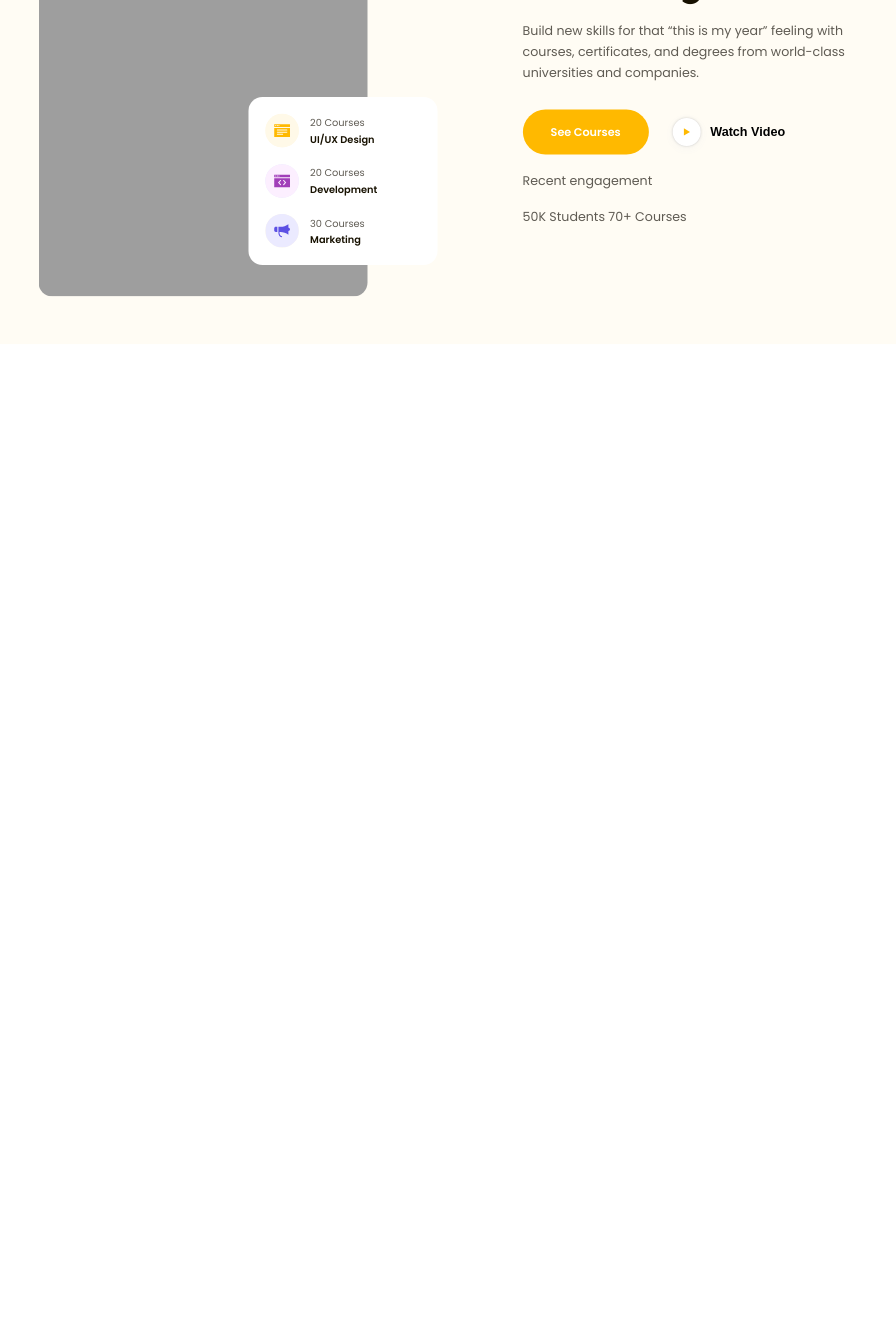
Repository: Toihoclaptrinh/duan1_figma
Page: index.html
An editor plug-in stored every save of this project. The page is shown before and after the next save, followed by the edit.
The browser window is 1280 px wide. The pictures show the part of the page from y = 412 to 2312 px (the page is 10000 px tall), at 70% of full size.
Pictures or frames that could not be fetched are drawn as grey boxes.

Above is the page before, as saved 2024-02-04 20:43:46.

After the next save:
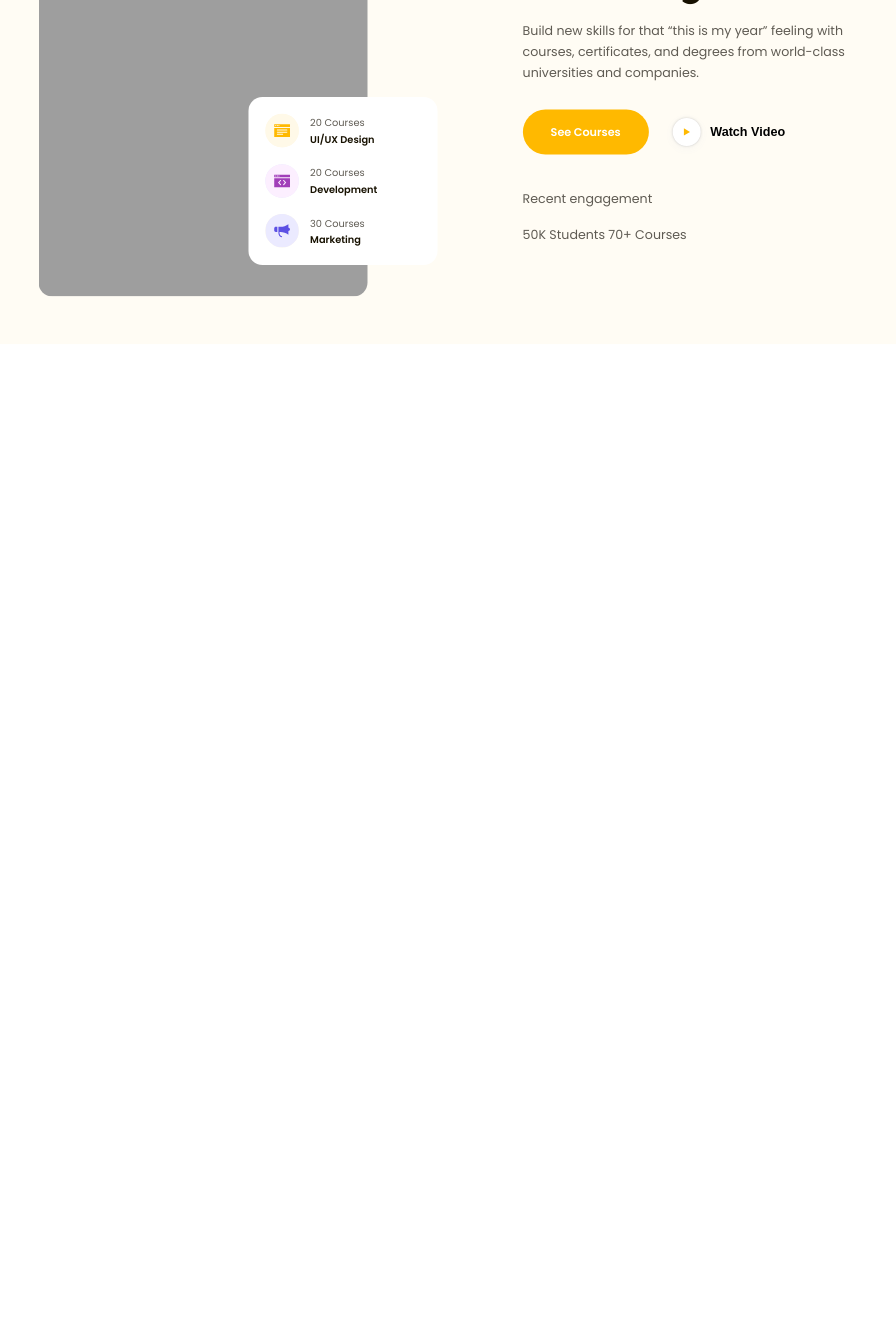
Saved 64 s later.
--- a/assets/css/style.css
+++ b/assets/css/style.css
@@ -251,3 +251,7 @@ a {
   font-weight: 600;
   line-height: 1.67;
 }
+
+.hero .descRecent {
+  margin-top: 48px;
+}
